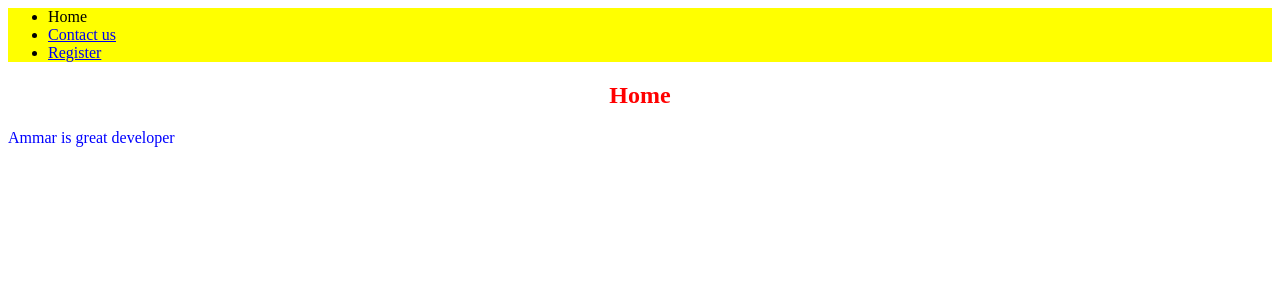
Repository: engammar111/css
Page: index.html
These files come from the project's save history. The page is drawn as it stood at one moment and after the next save; the edit follows.
The browser window is 1280 px wide. The pictures show the whole page.

Above is the page before, as saved 2021-07-31 16:06:14.

After the next save:
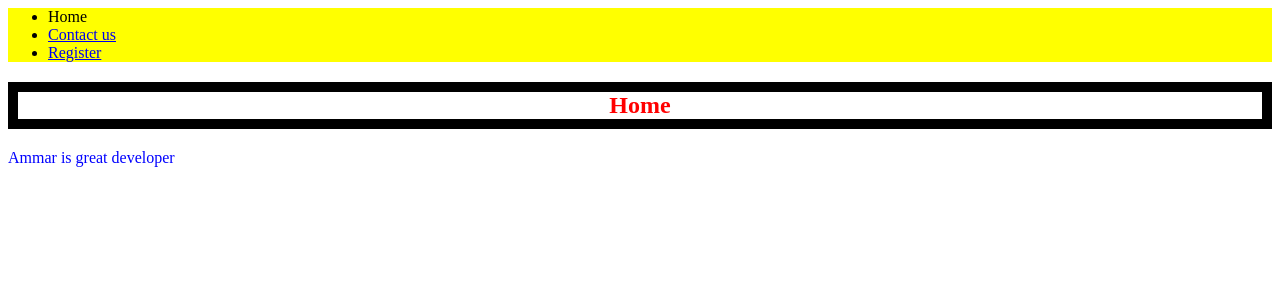
Saved 25 s later.
--- a/style.css
+++ b/style.css
@@ -8,6 +8,7 @@ header {
 h1 {
   color: red;
   text-align: center;
+  border: 10px solid black;
 }
 
 p {
